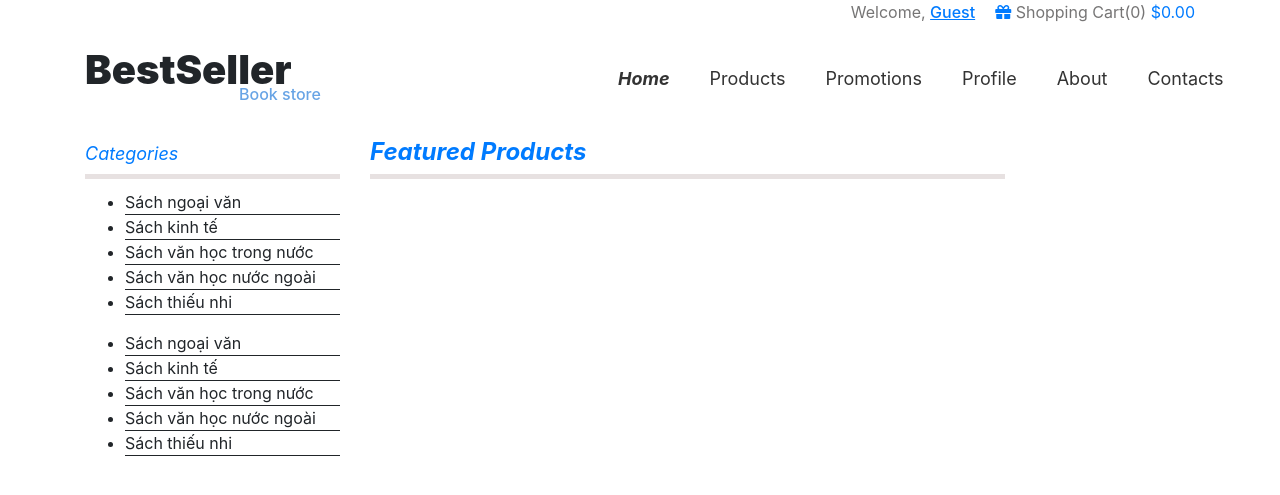
Repository: phunobi1807/BestSeller
Page: index.html
An editor plug-in stored every save of this project. The page is shown before and after the next save, followed by the edit.
The browser window is 1280 px wide. The pictures show the whole page.

Above is the page before, as saved 2021-06-28 23:13:41.

### index.html
<!DOCTYPE html>
<html lang="en">
<head>
    <meta charset="UTF-8">
    <meta http-equiv="X-UA-Compatible" content="IE=edge">
    <meta name="viewport" content="width=device-width, initial-scale=1.0">
    <title>BestSeller</title>
    <link rel="stylesheet" href="./css/style.css">
</head>
<body>
    <header id="header">
        <div class="container">
            <div class="top-header">
                <div class="top-nav">
                    <p class="top-nav__text">Welcome, <a href="#" class="top-nav__text-link">Guest</a></p>
                    <div class="top-nav__shopping-cart">
                        <i  class="top-nav__icon fas fa-gift"></i>
                        <span class="top-nav__cart">Shopping Cart(0) <a href="#">$0.00</a></span>
                    </div>
                </div>
                <div class="navigation">
                    <div class="row">
                        <div class="col-lg-4">
                            <div class="navigation-logo">
                                <div class="navigation-logo__text">
                                    <span class="navigation-logo__text-big">BestSeller</span>
                                    <span class="navigation-logo__text-small">Book store</span>
                                </div>
                            </div>
                        </div>
                        <div class="col-lg-6">
                           <ul class="navigation-menu">
                               <li class="navigation-menu__item navigation-menu__item--active" >Home</li>
                               <li class="navigation-menu__item">Products</li>
                               <li class="navigation-menu__item">Promotions</li>
                               <li class="navigation-menu__item">Profile</li>
                               <li class="navigation-menu__item">About</li>
                               <li class="navigation-menu__item">Contacts</li>
                           </ul>
                        </div>
                    </div>
                </div>
            </div>
        </div>
    </header>
    <div id="content">
        <div class="container">
            <div class="row">
                <div class="col-sm-3">
                    <div class="side-bar">
                        <p class="side-bar__title">
                            Categories
                        </p>
                        <ul class="side-bar__list side-bar__list--one">
                            <li class="side-bar__list-item">Sách ngoại văn</li>
                            <li class="side-bar__list-item">Sách kinh tế</li>
                            <li class="side-bar__list-item">Sách văn học trong nước</li>
                            <li class="side-bar__list-item">Sách văn học nước ngoài</li>
                            <li class="side-bar__list-item">Sách thiếu nhi</li>
                        </ul>
                        <ul class="side-bar__list side-bar__list--two">
                            <li class="side-bar__list-item">Sách ngoại văn</li>
                            <li class="side-bar__list-item">Sách kinh tế</li>
                            <li class="side-bar__list-item">Sách văn học trong nước</li>
                            <li class="side-bar__list-item">Sách văn học nước ngoài</li>
                            <li class="side-bar__list-item">Sách thiếu nhi</li>
                        </ul>
                    </div>
                </div>
                <div class="col-sm-7">
                    <div class="products">
                        <p class="product__title">
                            Featured Products
                        </p>
                    </div>
                </div>
            </div>
        </div>
    </div>
<link rel="stylesheet" href="https://use.fontawesome.com/releases/v5.15.3/css/all.css" integrity="sha384-SZXxX4whJ79/gErwcOYf+zWLeJdY/qpuqC4cAa9rOGUstPomtqpuNWT9wdPEn2fk" crossorigin="anonymous">
<link rel="stylesheet" href="https://maxcdn.bootstrapcdn.com/bootstrap/4.5.2/css/bootstrap.min.css">
<script src="https://ajax.googleapis.com/ajax/libs/jquery/3.5.1/jquery.min.js"></script>
<script src="https://cdnjs.cloudflare.com/ajax/libs/popper.js/1.16.0/umd/popper.min.js"></script>
<script src="https://maxcdn.bootstrapcdn.com/bootstrap/4.5.2/js/bootstrap.min.js"></script>
</body>
</html>

### css/style.css
@import url(https://fonts.googleapis.com/css2?family=Roboto:wght@100;200;300;400;500;600;800;900&display=swap);
:root {
    --color-primary: #007bff;
}

* {
    box-sizing: inherit;
}

html {
    box-sizing: border-box;
    margin: 0;
    font-family: 'Roboto', sans-serif;
}

/* top nav  */

.top-nav {
    display: flex;
    justify-content: flex-end;
}

.top-nav__text {
    padding: 0 20px;
}

.top-nav__text-link {
    font-weight: 500;
    text-decoration: underline;
}

.top-nav__text, .top-nav__cart {
    color: #767575;
}

.top-nav__icon {
    color: var(--color-primary);
}

/* logo-menu  */

.navigation-logo {
    position: relative;
}

.navigation-logo__text-big {
    font-size: 40px;
    font-weight: 900;
}

.navigation-logo__text-small {
    position: absolute;
    bottom: 0;
    left: 44%;
    top: 70%;
    color: #68a4e5;
    font-weight: 500;
}

/* Danh sach menu  */

.navigation-menu {
    display: flex;
    line-height: 78px;
    list-style: none;
    padding: 0 133px;
}

.navigation-menu__item--active {
    font-style: italic;
    font-weight: bold;
}

.navigation-menu__item {
    font-size: 18px;
    color: #333;
    margin: 0 20px;
}

/* Content  */

.side-bar__title {
    position: relative;
    color: var(--color-primary);
    line-height: 40px;
    font-size: 18px;
    font-style: italic;
}

.product__title {
    position: relative;
    color: var(--color-primary);
    font-weight: 700;
    font-style: italic;
    font-size: 24px;
}

.side-bar__title::after {
    position: absolute;
    content: "";
    left: 0;
    top: 40px;
    width: 100%;
    height: 5px;
    background-color: #e7e1e1;
}

.product__title::after {
    position: absolute;
    content: "";
    left: 0;
    top: 40px;
    width: 100%;
    height: 5px;
    background-color: #e7e1e1;
}

/* Side bar */

.side-bar__list {}

.side-bar__list-item {
    position: relative;
    border-bottom: 1px solid;
}

After the next save:
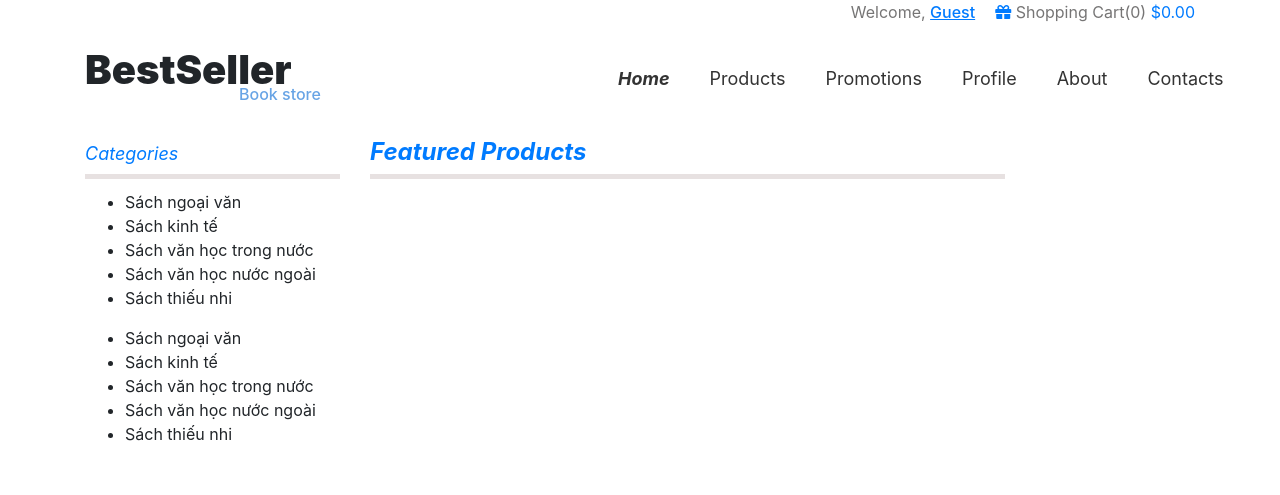
Saved 14 s later.
--- a/css/style.css
+++ b/css/style.css
@@ -121,5 +121,4 @@ html {
 
 .side-bar__list-item {
     position: relative;
-    border-bottom: 1px solid;
 }
